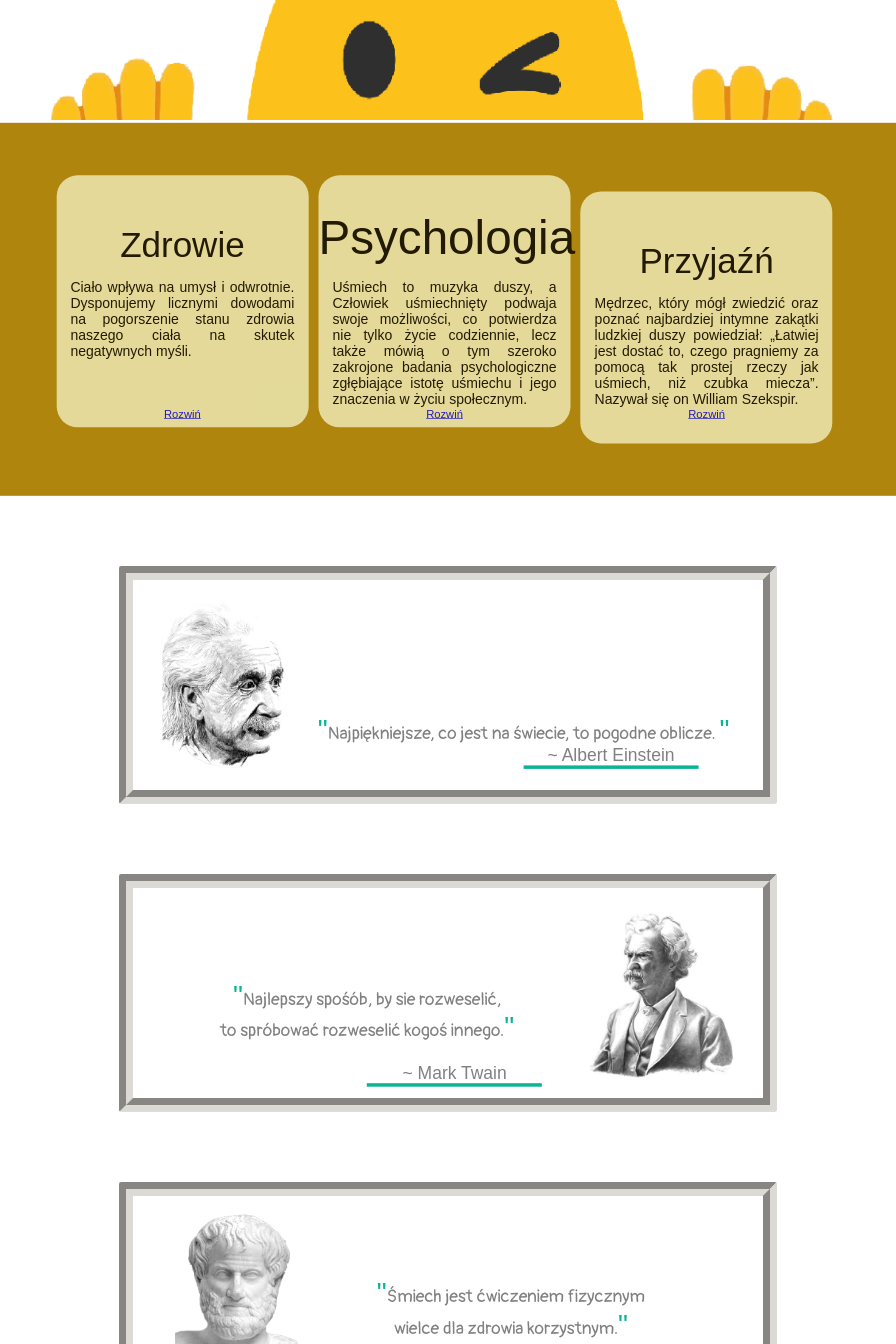
Repository: addstaw/moja-strona
Page: index.html
An editor plug-in stored every save of this project. The page is shown before and after the next save, followed by the edit.
The browser window is 1280 px wide. The pictures show the part of the page from y = 549 to 2469 px (the page is 3807 px tall before and 3784 px after), at 70% of full size.
Some web fonts or font styles are not loaded; a fallback is used.

Above is the page before, as saved 2020-05-21 21:15:17.

After the next save:
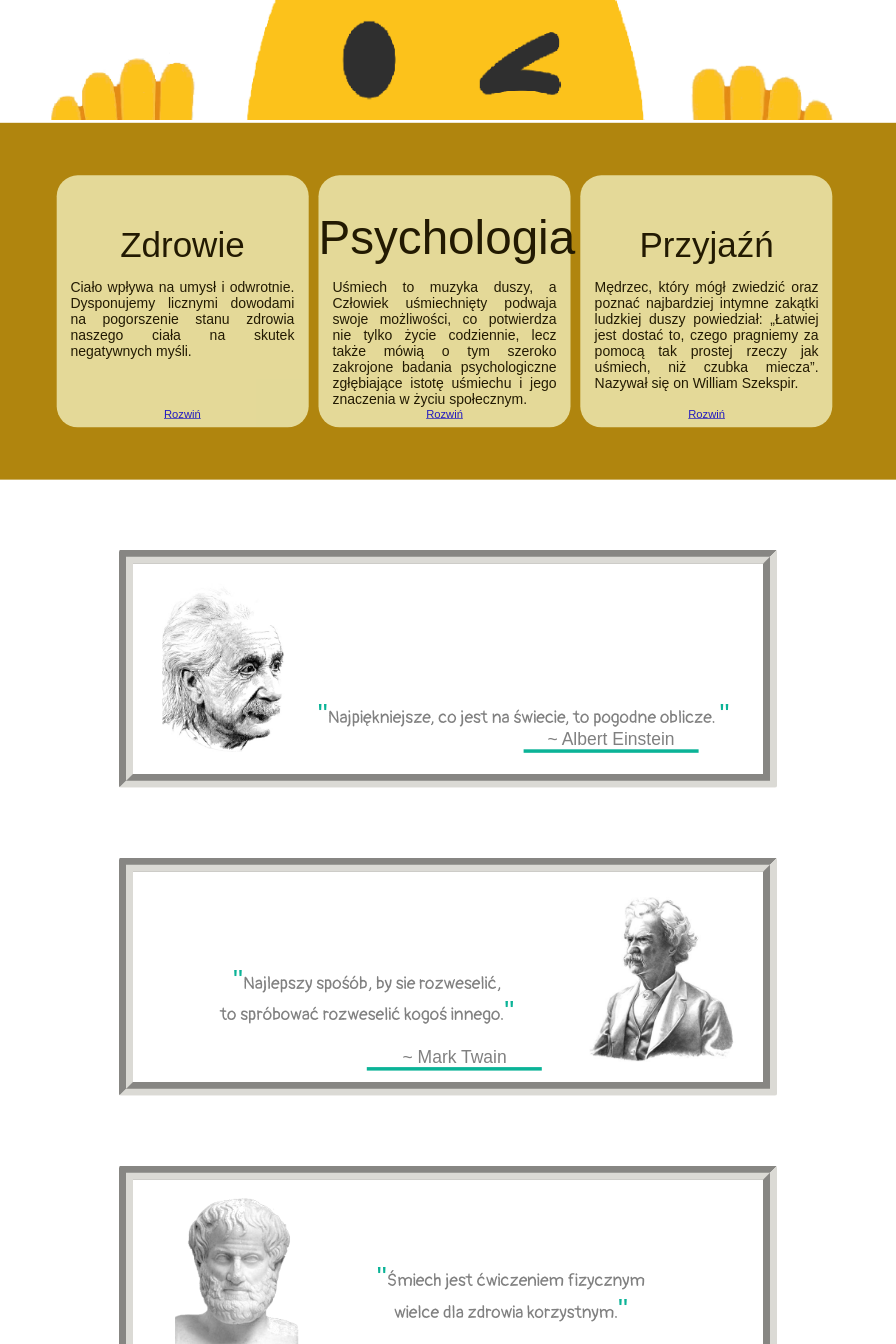
Saved 14 s later.
--- a/index.html
+++ b/index.html
@@ -52,7 +52,7 @@
                         <article><div class="contentIntroduce">
                             Mędrzec, który mógł zwiedzić oraz poznać najbardziej intymne zakątki ludzkiej duszy powiedział:
                              „Łatwiej jest dostać to, czego pragniemy za pomocą tak prostej rzeczy jak uśmiech, niż czubka miecza”.
-                              Nazywał się on William Szekspir.<br>
+                              Nazywał się on William Szekspir.<br> <br>
                         </div>
                       <a href="przyjazn.html"> <div class="button">Rozwiń</div></a>
                     </article>
